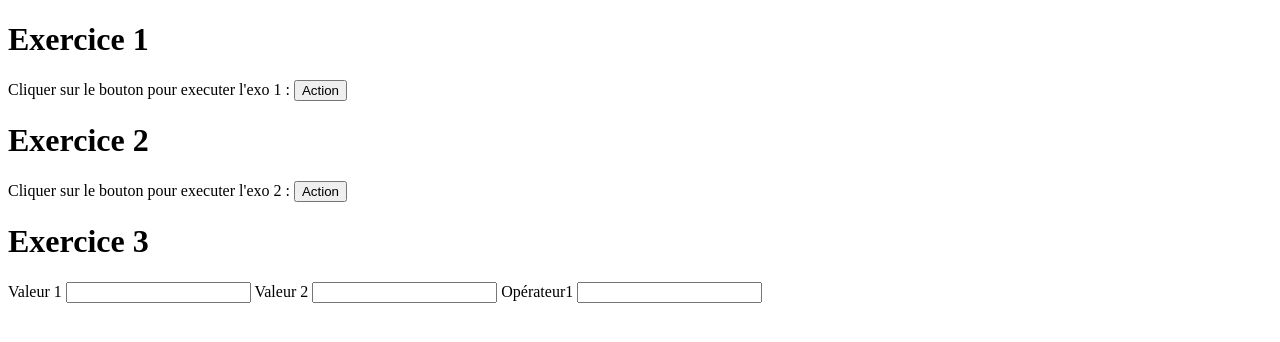
Repository: AgatheLM/formation_js
Page: insee-travaux-js/insee-client-js/exo1.html
These files come from the project's save history. The page is drawn as it stood at one moment and after the next save; the edit follows.
The browser window is 1280 px wide. The pictures show the whole page.

Above is the page before, as saved 2018-01-24 11:30:27.

### insee-travaux-js/insee-client-js/exo1.html
<!DOCTYPE html>
<html>
<head>
<meta charset="utf-8">
<meta http-equiv="X-UA-Compatible" content="IE=edge">
<title>Ma page de calcul</title>
<script type="text/javascript" src="scripts/main.js"></script>
</head>
<body>

	<h1> Exercice 1 </h1>
	<form action="">
		Cliquer sur le bouton pour executer l'exo 1 : <input type="button"
			value="Action" onclick="main()" />
	</form>

	<h1> Exercice 2 </h1>
	<form action="">
		Cliquer sur le bouton pour executer l'exo 2 : <input type="button"
			value="Action" onclick="main_exo2()" />
	</form>

	<h1> Exercice 3 </h1>
	<form action="">
		<td>
			<tr><label  /> Valeur 1 </tr>
			<tr><input type="text" name="val1" id="val1" /> </tr>
		</td>
		<td>
			<tr><label  /> Valeur 2 </tr>
			<tr><input type="text" name="val2" id="val2" /> </tr>
		</td>
		<td>
			<tr><label for="operateur1" /> Opérateur1 </tr>
			<tr><input type="text" name="op1" id="op1" /> </tr>
		</td>
	</form>


</body>
</html>

### insee-travaux-js/insee-client-js/scripts/main.js
function main(){

	// Exercice 1
	try{
		// 1 - Demande à l'utilisateur
		var largeur = prompt ('Renseigner la largeur?','');
		var longueur = prompt ('Renseigner la longueur?','');
		//2. Appel aux fonctions utilitaires
		var surface=calculSurface(longueur, largeur);
		var perimetre=calculPerimetre(longueur, largeur);
		//3. Affichage du résultat
		alert ("La surface est de " + surface);
		alert ("Le périmètre est de " + perimetre);
	} catch(e) {
		console.log(e);
	}


}

function main_exo2(){

	/*Exercice 2 : Manipulation des tableaux
	Nous souhaitons afficher les éléments d’un tableau selon l’indice fourni par un utilisateur.
	Cette action sera répétée autant de fois jusqu’à ce que l’utilisateur saisisse le nombre « -1 » pour sortir.
	Travail à faire :
	- Coder une fonction qui initialisera le tableau ci dessous :
	var tab = new Array("Hollande","ZOME","Sarkozy","LE PEN","LE MAIRE","VALLS"
	- Faire pointer l’action du bouton sur cette nouvelle fonction.
	*/

	try{
		var tab = initTableau();
		var max=tab.length;
		var i = 0;
		while (i!=-1 ){
			i = parseInt(prompt ('Quel élément voulez vous?'));
			if ( i<max){
				alert(afficheElement(tab,i));
				//i = prompt ('Quel élément voulez vous?');
			} else  {
				alert ("Indice incorrect, il n'y a que " + max + " élements");
				//i = prompt ('Quel élément voulez vous?');
			}
		}

	} catch(e) {
		console.log(e);
	}


}



/*************************
* Sous fonctions exo 1   *
*************************/


	function calculSurface (longueur, largeur)  {
		try {
			surface=longueur*largeur;
			return surface;
		} catch(e){
			console.log(e);
		}

	}

	function calculPerimetre (longueur, largeur){
		try {
			perimetre=2*longueur+2*largeur;
			return perimetre;
		}catch(e){
			console.log(e);
		}

	}


/*************************
* Sous fonctions exo 2   *
*************************/

	function initTableau(){
		return new Array("Hollande","ZOME","Sarkozy","LE PEN","LE MAIRE","VALLS");
	}


	function afficheElement(tab, i){
		return tab[i];
	}

After the next save:
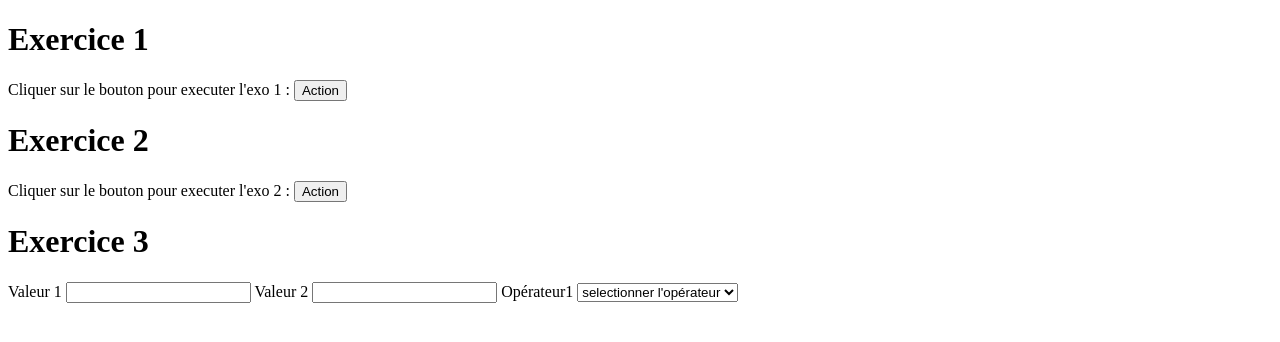
Saved 2 min 8 s later.
--- a/insee-travaux-js/insee-client-js/exo1.html
+++ b/insee-travaux-js/insee-client-js/exo1.html
@@ -32,7 +32,14 @@
 		</td>
 		<td>
 			<tr><label for="operateur1" /> Opérateur1 </tr>
-			<tr><input type="text" name="op1" id="op1" /> </tr>
+			<tr><select name="operateur" id="operateur">
+					<option value="none"> selectionner l'opérateur </option>
+					<option value="+"> + </option>
+					<option value="-"> - </option>
+					<option value="*"> * </option>
+					<option value="/"> / </option>
+
+
 		</td>
 	</form>
 
